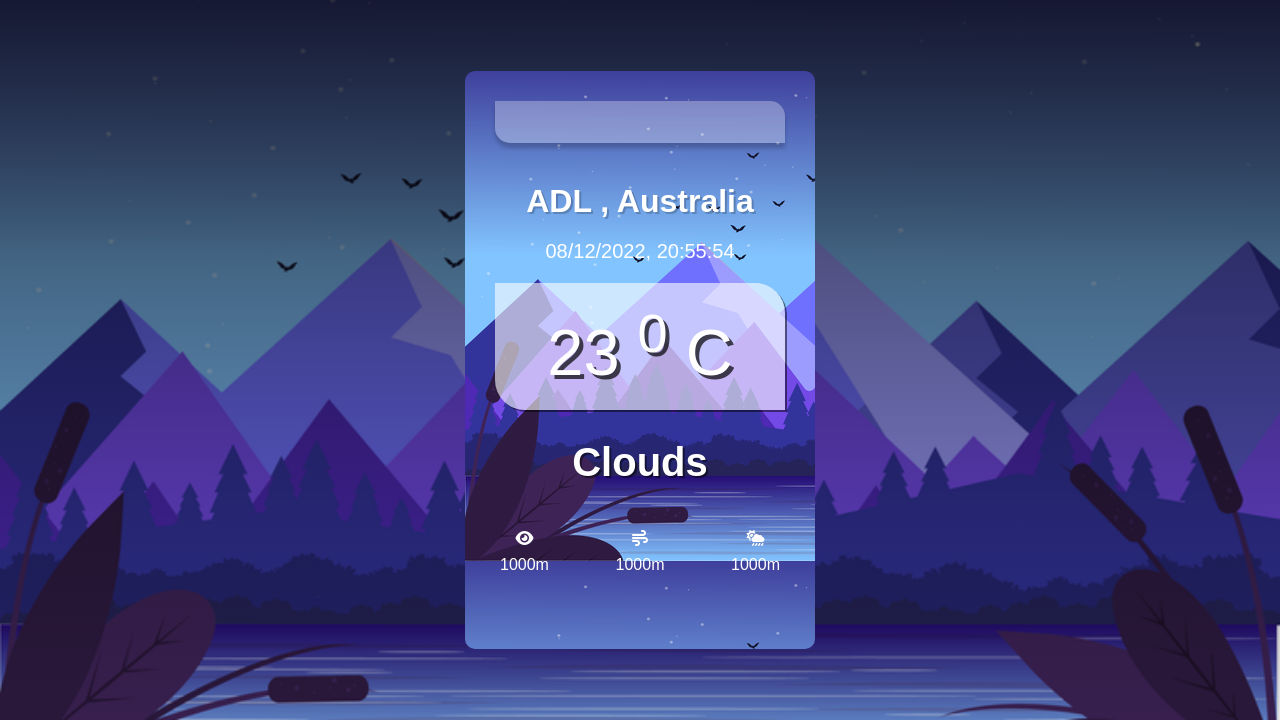
Repository: andrewhuynh561/weather-app-1
Page: index.html
An editor plug-in stored every save of this project. The page is shown before and after the next save, followed by the edit.
The browser window is 1280 px wide. The pictures show the whole page.

Above is the page before, as saved 2022-12-08 21:25:10.

After the next save:
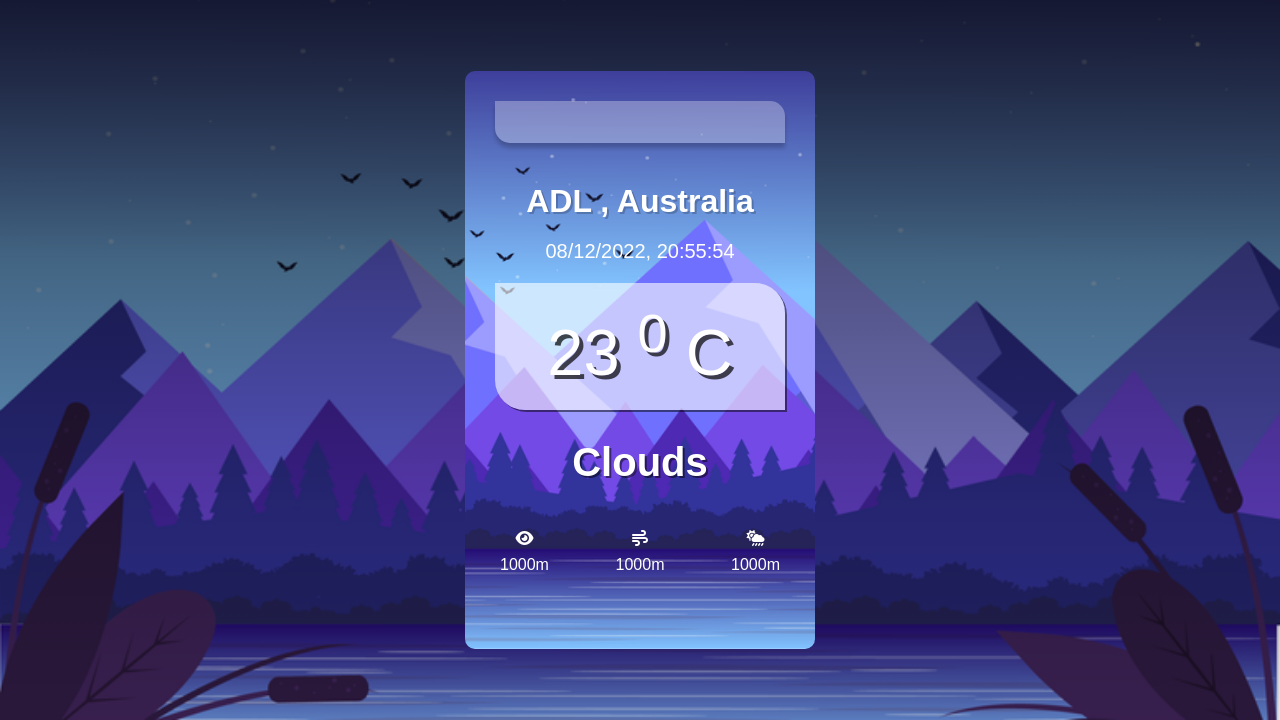
Saved 31 s later.
--- a/style.css
+++ b/style.css
@@ -16,7 +16,7 @@ body{
     width: 350px;
     border-radius:10px ;
     padding: 30px 30px;
-    background: url(./image/222.png);
+    background: url(./image/222.png) no-repeat center/cover;
 }
 
 .search{
